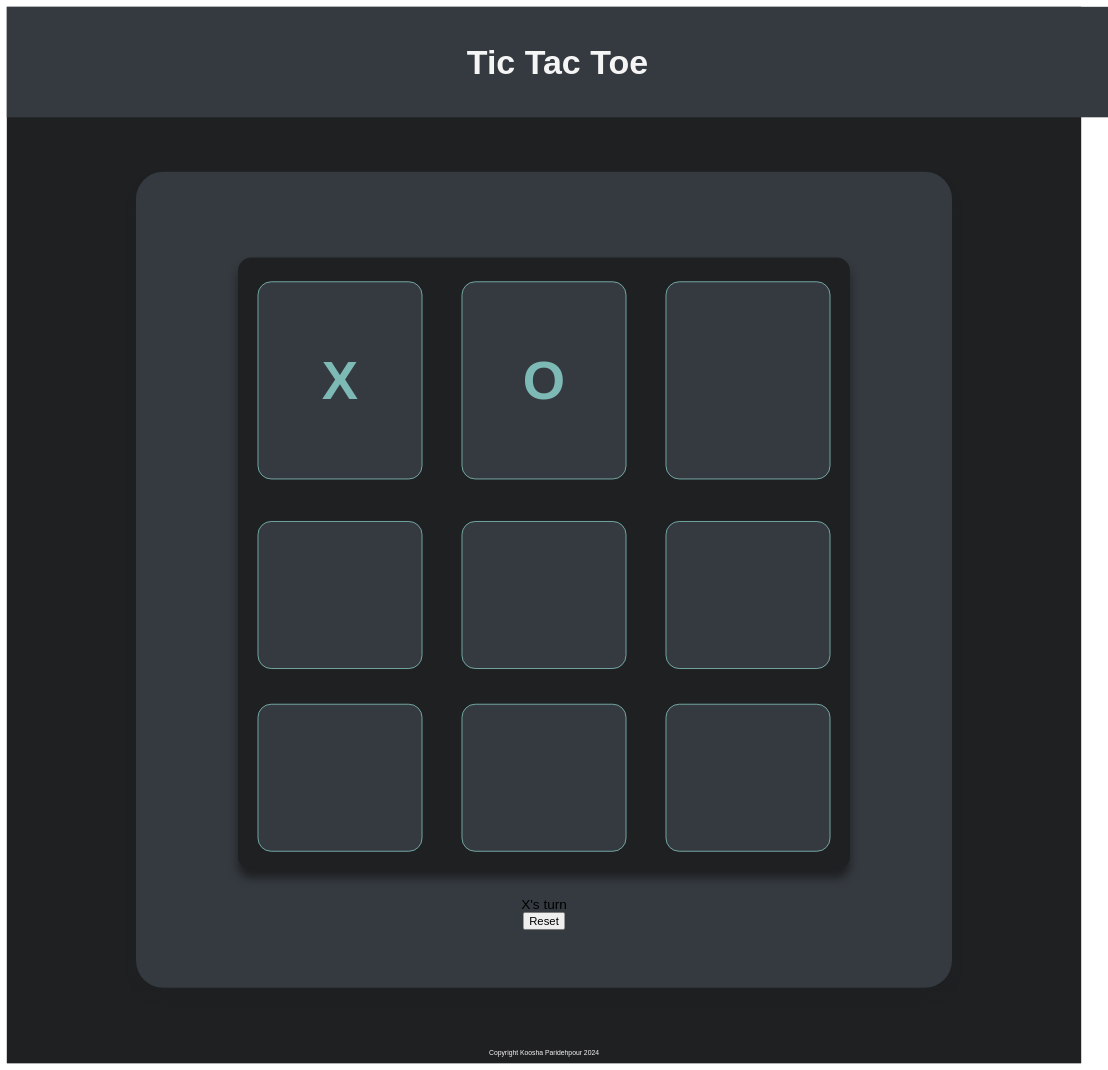
Repository: KooshaPari/odin-TTT
Page: index.html
The author's editor kept a copy of each file at every save. The page is drawn from the files as they stood at one save, then again after the next save.
The browser window is 1280 px wide. The page is 1304 px wide, so the pictures cover 1304 px, including what lies to the right of the window. The pictures show the whole page, at 85% of full size.

Above is the page before, as saved 2024-03-14 23:04:34.

### index.html
<!doctype html>
<html lang="en">
  <head>
    <meta charset="UTF-8" />

    <link rel="stylesheet" href="./style.css" />
    <meta name="viewport" content="width=device-width, initial-scale=1.0" />
    <title>Document</title>
  </head>
  <body>
    <div id="parent">
      <div id="header">
        <h1>Tic Tac Toe</h1>
      </div>
      <div id="body">
        <div id="game">
          <div id="board">
            <div class="square" id="0"><p>X</p></div>
            <div class="square" id="1"><p>O</p></div>
            <div class="square" id="2"></div>
            <div class="square" id="3"></div>
            <div class="square" id="4"></div>
            <div class="square" id="5"></div>
            <div class="square" id="6"></div>
            <div class="square" id="7"></div>
            <div class="square" id="8"></div>
          </div>
          <div id="status">X's turn</div>
          <button id="reset">Reset</button>
        </div>
      </div>
      <div id="footer">
        <p>Copyright Koosha Paridehpour 2024</p>
      </div>
    </div>
  </body>
</html>

### style.css
* {
  font-family: sans-serif;
}
#parent {
  background-color: #1f2022;
  width: 100%;
  height: 100%;
}
#header {
  background-color: #353a40;
  padding: 1.25%;
  width: 100%;
  height: 100%;
}
#header h1 {
  color: #f6f5f5;

  font-size: 2.5em;
}
#footer p {
  color: #f6f5f5;
  font-size: 0.5em;
}

#header,
#footer,
#body {
  display: flex;
  align-items: center;
  justify-content: center;
}
#title {
  color: #f6f5f5;
}
#body {
  flex-direction: column;
}
#game {
  transition: 2.5s ease-in-out;
  display: flex;
  flex-direction: column;
  justify-content: center;
  align-items: center;
  background-color: #353a40;
  border-radius: 2em;
  margin: 5vw;
  box-shadow: 0px 10px 10px #1f2022;
  width: 75vw;
  height: 75vw;
  -webkit-border-radius: 2em;
  -moz-border-radius: 2em;
  -ms-border-radius: 2em;
  -o-border-radius: 2em;
  -webkit-transition: 2.5s ease-in-out;
  -moz-transition: 2.5s ease-in-out;
  -ms-transition: 2.5s ease-in-out;
  -o-transition: 2.5s ease-in-out;
}
#board {
  display: grid;
  grid-template-columns: 1fr 1fr 1fr;
  width: 75%;
  transition: 1s ease-in-out;
  height: 75%;
  background-color: #1f2022;
  border-radius: 1em;
  margin: 2em;

  align-items: center;
  justify-content: center;
  box-shadow: 0px 10px 10px #1f2022;
  -webkit-border-radius: 1em;
  -moz-border-radius: 1em;
  -ms-border-radius: 1em;
  -o-border-radius: 1em;
  -webkit-transition: 1s ease-in-out;
  -moz-transition: 1s ease-in-out;
  -ms-transition: 1s ease-in-out;
  -o-transition: 1s ease-in-out;
}
#board:hover {
  transform: scale(1.025) translate(0, -1em);
  transition: 0.5s ease-in-out;
  -webkit-transform: scale(1.025) translate(0, -1em);
  -moz-transform: scale(1.025) translate(0, -1em);
  -ms-transform: scale(1.025) translate(0, -1em);
  -o-transform: scale(1.025) translate(0, -1em);
  -webkit-transition: 0.5s ease-in-out;
  -moz-transition: 0.5s ease-in-out;
  -ms-transition: 0.5s ease-in-out;
  -o-transition: 0.5s ease-in-out;
}
#game:hover {
  transform: scale(1.05) translate(0, -0.5em);
  transition: 10s ease-in-out;
  -webkit-transform: scale(1.05) translate(0, -0.5em);
  -moz-transform: scale(1.05) translate(0, -0.5em);
  -ms-transform: scale(1.05) translate(0, -0.5em);
  -o-transform: scale(1.05) translate(0, -0.5em);
  -webkit-transition: 10s ease-in-out;
  -moz-transition: 10s ease-in-out;
  -ms-transition: 10s ease-in-out;
  -o-transition: 10s ease-in-out;
}
.square {
  justify-self: center;
  border: 0.1px solid #7ebab5;
  width: 80%;
  flex: 0;
  border-radius: 1em;
  height: 80%;
  background-color: #353a40;
  text-align: center;
  justify-content: center;
  display: flex;
  align-items: center;
  white-space: nowrap;
}
.square p {
  font-size: 4em;
  color: #7ebab5;
  font-weight: bold;
  overflow: hidden;
  align-self: center;
  justify-self: center;
  text-align: center;
  padding: 0;
  margin: 0;
  display: flex;
}

After the next save:
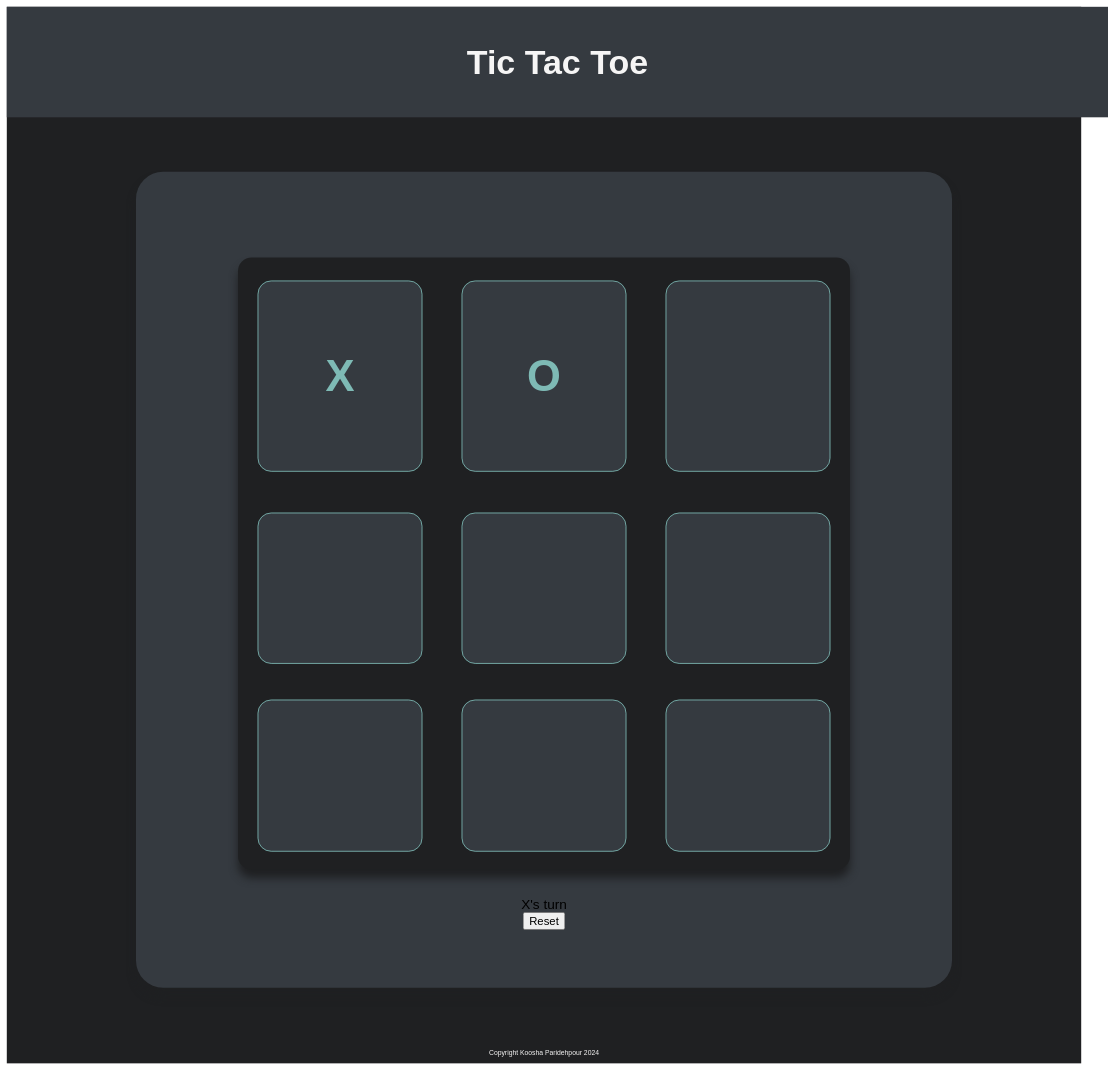
Saved 15 s later.
--- a/style.css
+++ b/style.css
@@ -117,7 +117,7 @@
   white-space: nowrap;
 }
 .square p {
-  font-size: 4em;
+  font-size: 4vw;
   color: #7ebab5;
   font-weight: bold;
   overflow: hidden;
